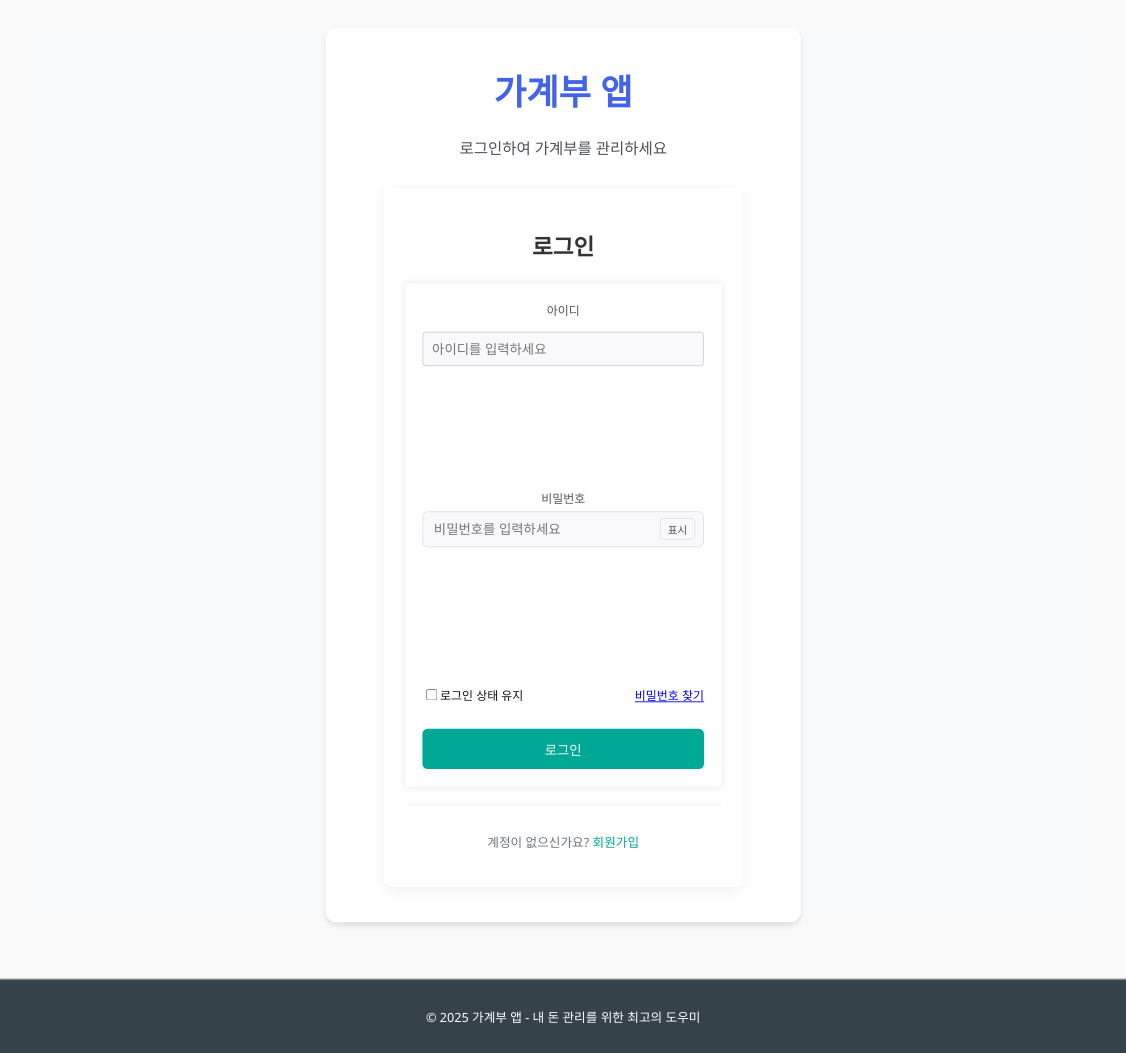
Repository: dldnwls07/Register_Login_Form
Page: /
These files come from the project's save history. The page is drawn as it stood at one moment and after the next save; the edit follows.
The browser window is 1280 px wide. The pictures show the whole page, at 88% of full size.
The project was rebuilt for these pictures with package versions that can differ from the ones it lists, and the page was loaded fresh each time. Also part of the build but not shown: src/components/Summary.jsx, src/styles/pages/MainPage.css, src/pages/MainPage.jsx, src/utils/categoryData.js, src/components/CategorySelector.jsx, src/components/EntryForm.jsx, src/components/EntryTable.jsx, src/components/SearchBar.jsx and 16 more.

Above is the page before, as saved 2025-05-26 08:25:35.

After the next save:
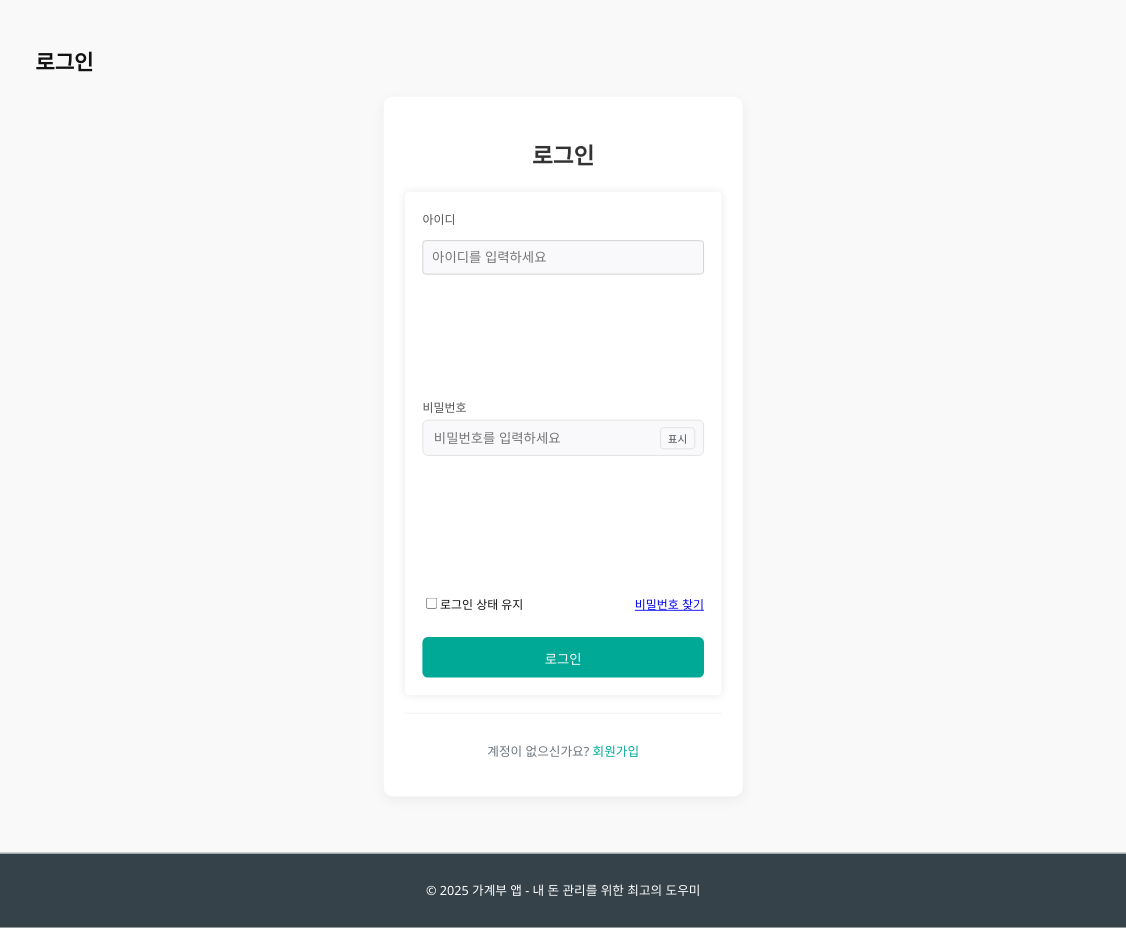
Saved 16 s later.
--- a/src/pages/auth/LoginPage.jsx
+++ b/src/pages/auth/LoginPage.jsx
@@ -1,26 +1,16 @@
 import React from 'react';
-import { useNavigate } from 'react-router-dom';
 import LoginForm from '../../components/LoginForm';
-import { useAuth } from '../../hooks/useAuth';
-import '../../styles/pages/AuthPage.css';
+import '../../styles/Common.css';
 
 const LoginPage = () => {
-  const navigate = useNavigate();
-  const { login } = useAuth();
-
-  const handleLoginSuccess = (user) => {
-    navigate('/');
-  };
-
-  return (
-    <div className="auth-page">
-      <div className="auth-container">
-        <h1>가계부 앱</h1>
-        <p className="auth-description">로그인하여 가계부를 관리하세요</p>
-        <LoginForm onLoginSuccess={handleLoginSuccess} />
-      </div>
-    </div>
-  );
+    return (
+        <div className="auth-page">
+            <div className="auth-container">
+                <h2>로그인</h2>
+                <LoginForm />
+            </div>
+        </div>
+    );
 };
 
 export default LoginPage;
